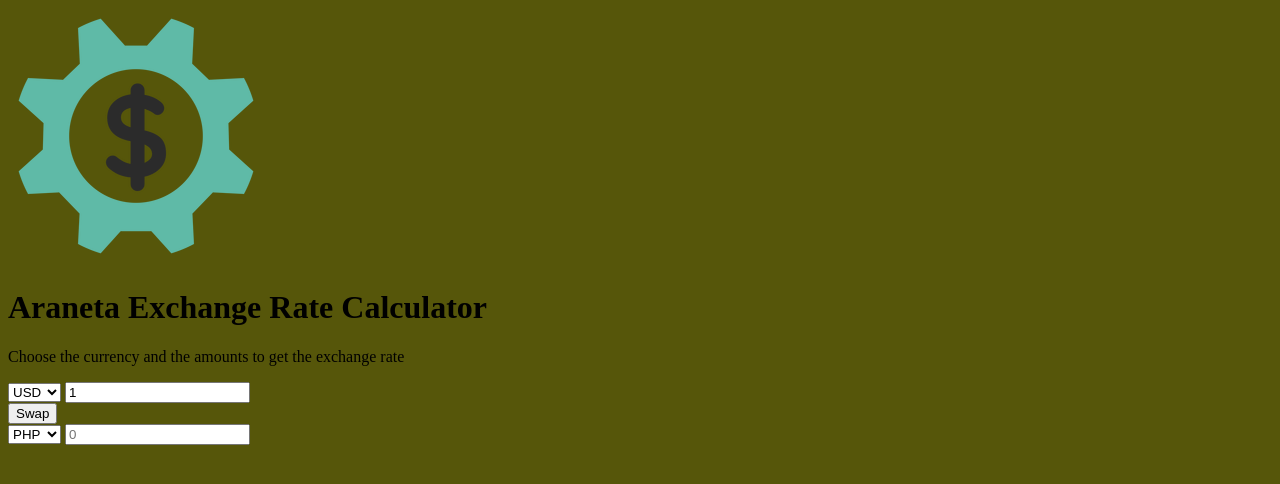
Repository: kenneth1175/ExchangeRateCalculator
Page: index.html
The author's editor kept a copy of each file at every save. The page is drawn from the files as they stood at one save, then again after the next save.
The browser window is 1280 px wide. The pictures show the whole page.

Above is the page before, as saved 2025-10-03 19:19:56.

After the next save:
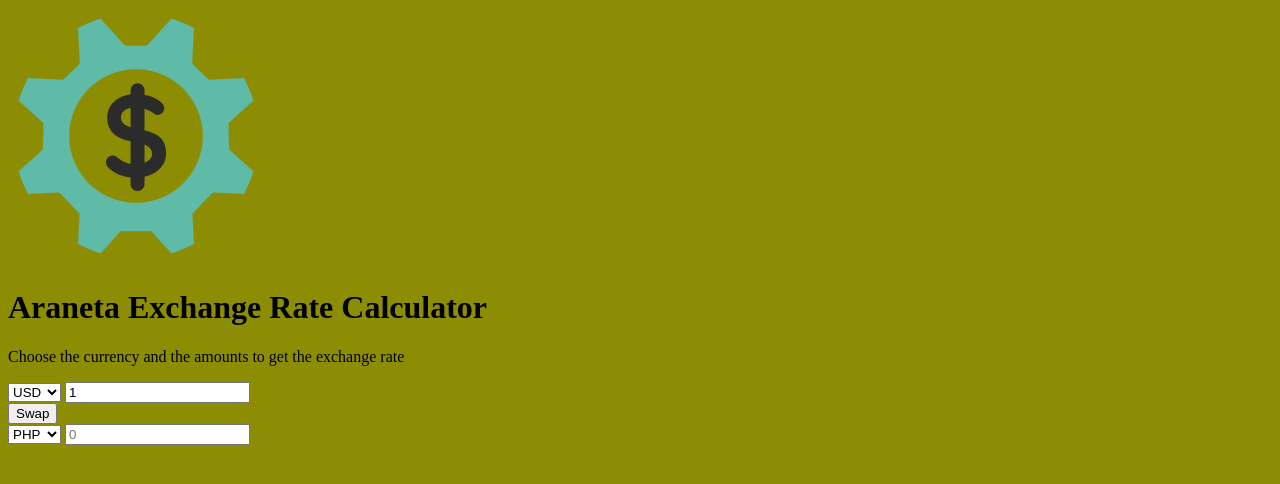
Saved 8 s later.
--- a/style.css
+++ b/style.css
@@ -1,3 +1,3 @@
 body {
-  background-color: rgb(86, 86, 10);
+  background-color: rgb(141, 141, 3);
 }
